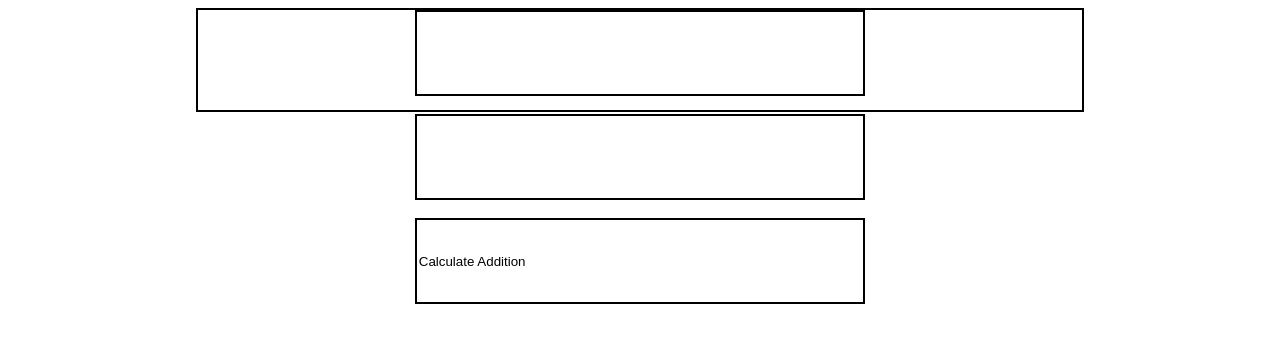
Repository: KiranNaikwadi/JSP
Page: http://localhost/Program/Add.jsp
An editor plug-in stored every save of this project. The page is shown before and after the next save, followed by the edit.
The browser window is 1280 px wide. The pictures show the whole page.
The page is served by Tomcat 9.

Above is the page before, as saved 2024-04-06 04:47:12.

After the next save:
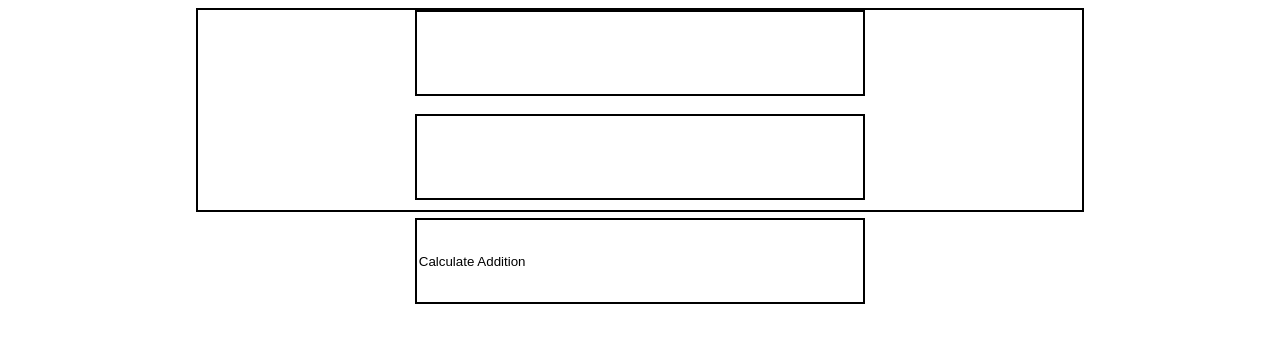
Saved 25 s later.
--- a/Program/src/main/webapp/Add.jsp
+++ b/Program/src/main/webapp/Add.jsp
@@ -13,7 +13,7 @@ border: 2px solid black;
 }
 form{
 border:2px solid black;
-height:100px;
+height:200px;
 width:70%;
 }
 </style>
